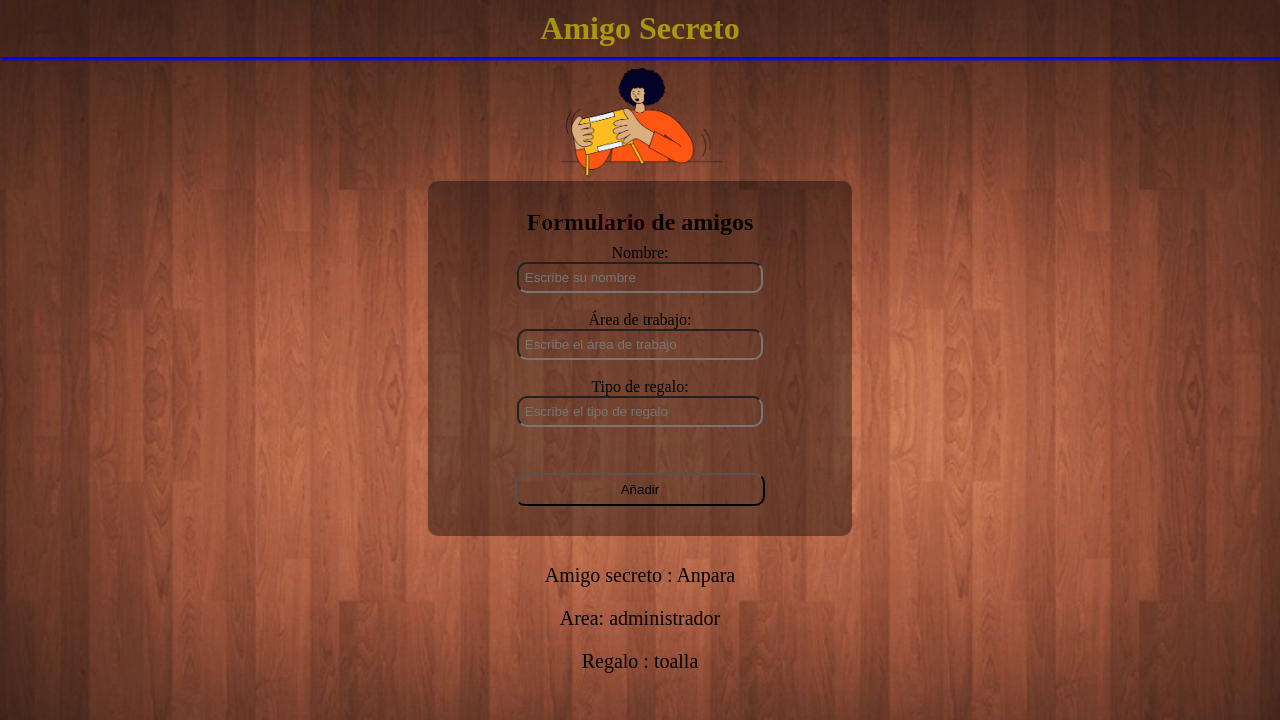
Repository: ye909/secreto
Page: index.html
The author's editor kept a copy of each file at every save. The page is drawn from the files as they stood at one save, then again after the next save.
The browser window is 1280 px wide. The pictures show the whole page.

Above is the page before, as saved 2025-01-25 10:27:33.

### index.html
<!DOCTYPE html>
<html lang="es">

<head>
    <meta charset="UTF-8">
    <meta name="viewport" content="width=device-width, initial-scale=1.0">
    <title>Amigo Secreto</title>
    <link rel="stylesheet" href="./css/style.css">

<body>
    <main class="main-content" id="main-content">
        <header class="header-banner">
            <h1 class="title">Amigo Secreto</h1>
            <img src="./imagenes/amigosecreto.png" alt="Imagen representativa de amigo secreto">
        </header>

        <section class="container" id="container">
            <h2 class="title">Formulario de amigos</h2>

            <form id="formularioAmigo" class="form-inputs">
                <label for="nombre">Nombre:</label><br>
                <input type="text" id="nombre" class="input-name" placeholder="Escribe su nombre"><br><br>

                <label for="areaTrabajo">Área de trabajo:</label><br>
                <input type="text" id="areaTrabajo" class="input-area" placeholder="Escribe el área de trabajo"><br><br>

                <label for="tipoRegalo">Tipo de regalo:</label><br>
                <input type="text" id="tipoRegalo" class="input-regalo" placeholder="Escribe el tipo de regalo"><br><br>
                <span id="mensaje"></span>
                <br>
                <button class="button-add" id="button-add">Añadir</button>
            </form>


        </section>




    </main>
    <div class="containerbtnsorteo" id="containerbtnsorteo">
        <h2>Hola ya puedes dar click en el boton <br>🎉 para ver tu amigo/a secreto </h2>
        <button id="verResgistrados">😮 Registros amigos secreto</button>
        <br><br>

        <button class="sorteo" id="sorteo"> 👉 Sorteo amigo secreto</button>

    </div>



    <div class="datos_amigo" id="datos_amigo">
        <h2 id="info_datos"></h2>

    </div>

    <script src="./js/amigos.js"></script>
    <script src="./js/script.js"></script>
    <script src=" https://cdn.jsdelivr.net/npm/canvas-confetti@1.9.3/dist/confetti.browser.min.js "> </script>
    </head>
</body>

</html>

### css/style.css
* {
    padding: 0%;
    margin: 0;
    transition: all;
  }
  html {
    background-image: url(../imagenes/fondocard.jpg);
    background-size: cover;
    background-repeat: no-repeat;
    background-attachment: fixed;
    width: 100%;
    height: 100%;
  }

  .main-content {
    text-align: center;
  }
  .header-banner img {
    width: 15%;
  }



  .container {
    margin: 2px auto;
      width: 30%;
      background-color: rgba(6, 6, 6, 0.4);
      border-radius: 10px;
      padding: 20px;
  /* display: none; */
  }
  input {
    width:60%;
    padding: 6px;
    border-radius: 10px;
    background: transparent;
    color: white;
  }
  input:hover {
    color: black;

  }

  button {
    background-color: transparent;
    width:65%;
    justify-content: center;
    padding: 7px;
    border-radius: 10px;
    margin: 10px;

  }
  button:hover{
      background: blue;
      border: none;
      box-shadow: blue 2px 2px 2px 3px, blue 2px 2px 2px 3px, blue 2px 3px 3px 3px,
        blue 2px 2px 2px 3px;
  transition: 2s;
  }

  h1{
    text-align: center;
  padding: 10px;
  box-shadow: blue 2px 2px 2px 1px;
  color:rgba(255, 255, 0, 0.501);
  }
  h2{
      background-image:linear-gradient(to left,green, red, rgb(248, 244, 7));
      -webkit-animation-fill-color:transparent ;
      -webkit-background-clip: text;
      background-clip: text;
      padding: 8px;
      font-weight: bold;
      text-align: center;

  }


  /* .datos_amigo {

      display: none
    } */
    .containerbtnsorteo{


      display:none;

    }
    .containerbtnsorteo button{
      width: 40%;
    margin-left: 400px;
    padding: 10px;
    cursor: pointer;
    }
    p{
      font-size: 20px;
      text-align: center;
      padding: 10px;
    }
    span {
      font-size: 15px;
      color: red;
    }

### js/amigos.js


const amigos = [
    { nombre: "Juan", area: "logística", regalo: "zapatillas" },
    { nombre: "Daniel", area: "recursos", regalo: "reloj" },
    { nombre: "Anpara", area: "administrador", regalo: "toalla" },
    { nombre: "Paola", area: "marketing", regalo: "sudadera" },
    { nombre: "Pedro", area: "finanzas", regalo: "libro" },
  ];






function seleccionarAmigoAleatorio(amigos) {


    const indiceAleatorio = Math.floor(Math.random() * amigos.length);
      return amigos[indiceAleatorio];
    }

    const amigoSeleccionado = seleccionarAmigoAleatorio(amigos);



    const nombrealeatoria = document.createElement("p");
    nombrealeatoria .textContent = `Amigo secreto :  ${  amigoSeleccionado.nombre} `;

    const arealeatoria = document.createElement("p");
    arealeatoria .textContent = `Area:  ${amigoSeleccionado.area} `;

    const regaloaleatoria = document.createElement("p");
    regaloaleatoria .textContent = `Regalo : ${amigoSeleccionado.regalo} `;

    datos_amigo.appendChild(nombrealeatoria );
     datos_amigo.appendChild(arealeatoria );
       datos_amigo.appendChild( regaloaleatoria );

### js/script.js


const container = document.getElementById("container");
const containerbtnsorteo = document.getElementById("containerbtnsorteo");

 const formularioAmigo = document.getElementById("formularioAmigo");

 const datos_amigo =document.getElementById("datos_amigo")
const info_datos = document.getElementById("info_datos")
formularioAmigo.addEventListener("submit", (event) => {
  event.preventDefault(); // Evita que el formulario se envíe (si se trata de un formulario)


  const nombre = document.getElementById("nombre").value;
  const areaTrabajo = document.getElementById("areaTrabajo").value;
  const tipoRegalo = document.getElementById("tipoRegalo").value;
            // Crear un nuevo objeto amigo
            const nuevoAmigo = {
              nombre: nombre,
              area: areaTrabajo,
              regalo: tipoRegalo
          };

          // Añadir el nuevo amigo al array
          amigos.push(nuevoAmigo);


  if (nombre == "" ) {
    const mensaje = document.getElementById("mensaje");
    mensaje.innerHTML = "Por favor ingrese su nombre";


  }else{
    const titulo_data = document.createElement("p");
    titulo_data.innerHTML = ` BIENVENIDOS/A  <br> ${nombre}  `;
    info_datos.append(titulo_data);
    if (container) {
      container.style.display = "none";
      containerbtnsorteo.style.display = "inline";


    }
  }
  const verResgistrados=document.getElementById("verResgistrados")

verResgistrados.addEventListener("click",(e) =>{
 e.preventDefault()


 const htmlContent = amigos
 .map(
   (amigo) =>
     `<ol>
       <li>${amigo.nombre}</li>

     </ol>`
 )
 .join("");


info_datos.innerHTML = htmlContent;
 })


 });


 const sorteo = document.getElementById("sorteo");

 // Agrega un evento al hacer clic en el botón
 sorteo.addEventListener("click", () => {

 var end = Date.now() + (15 * 1000);

 // go Buckeyes!
 var colors = ['#bb0000', '#ffffff'];

 (function frame() {
   confetti({
     particleCount: 2,
     angle: 60,
     spread: 55,
     origin: { x: 0 },
     colors: colors
   });
   confetti({
     particleCount: 2,
     angle: 120,
     spread: 55,
     origin: { x: 1 },
     colors: colors
   });

   if (Date.now() < end) {
     requestAnimationFrame(frame);
   }
 }());
 datos_amigo.style.display = "inline";
 containerbtnsorteo.style.display = "none";
 });

After the next save:
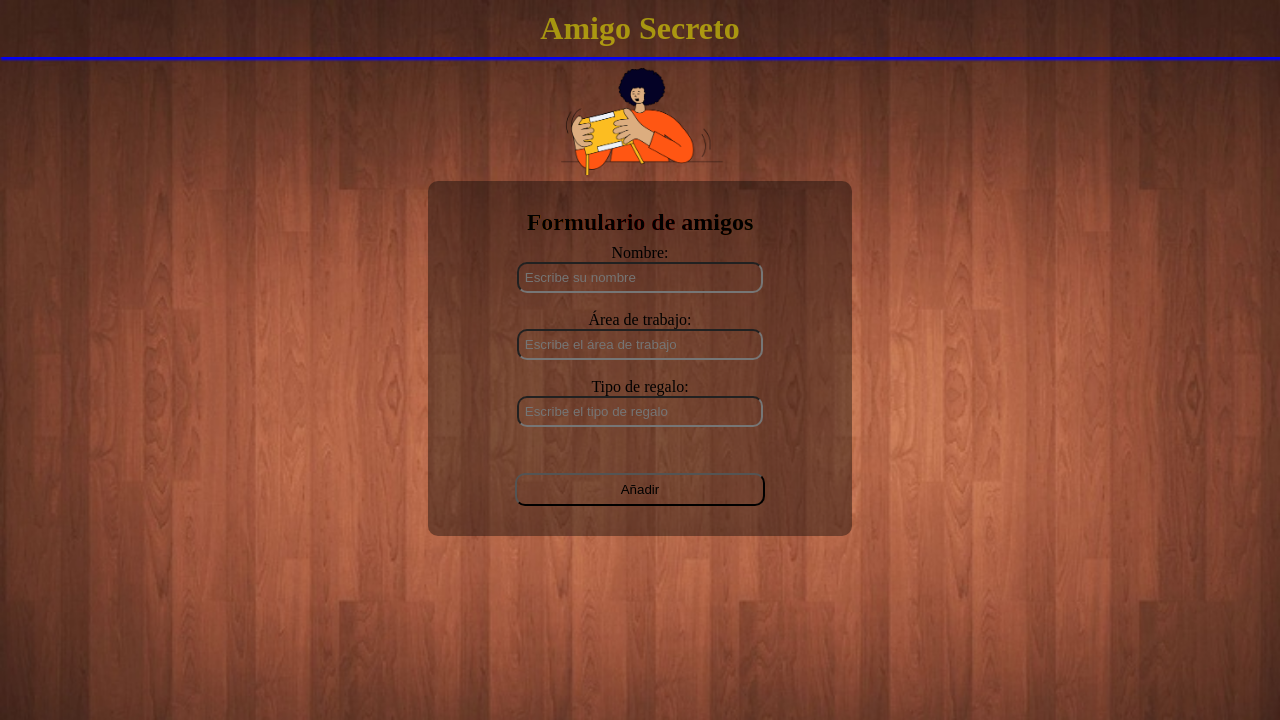
Saved 53 s later.
--- a/css/style.css
+++ b/css/style.css
@@ -75,12 +75,7 @@
 
   }
 
-
-  /* .datos_amigo {
-
-      display: none
-    } */
-    .containerbtnsorteo{
+    .containerbtnsorteo,.datos_amigo{
 
 
       display:none;
